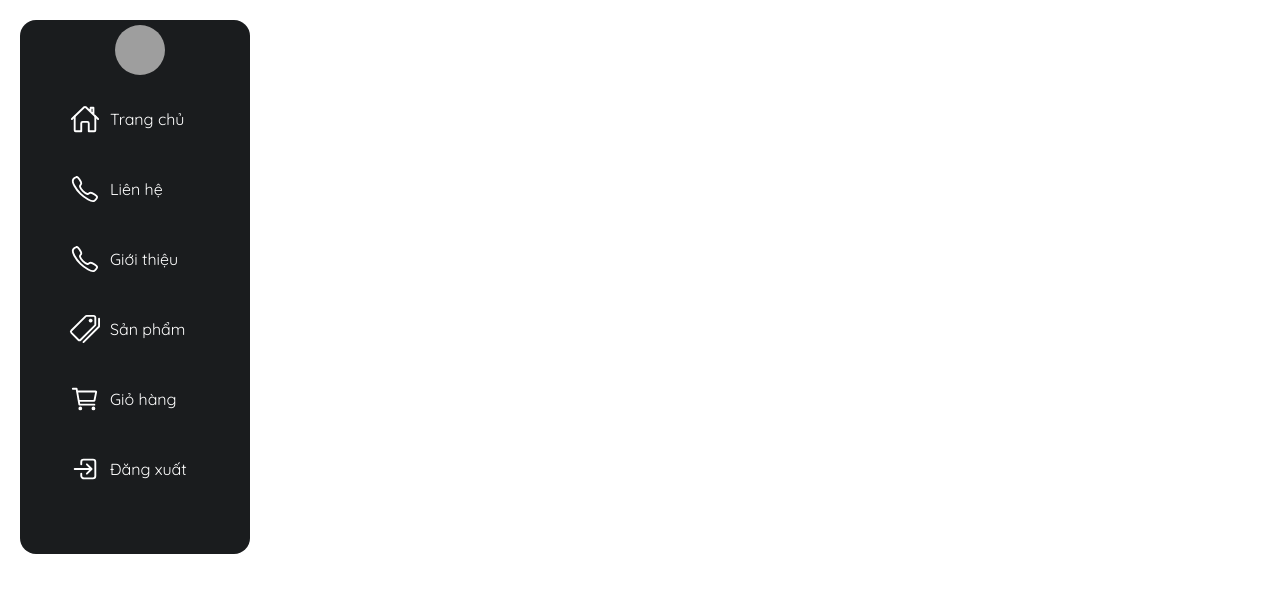
Repository: Fuocmanh/demo
Page: site/nav.html
An editor plug-in stored every save of this project. The page is shown before and after the next save, followed by the edit.
The browser window is 1280 px wide. The pictures show the whole page.
Pictures or frames that could not be fetched are drawn as grey boxes.

Above is the page before, as saved 2022-12-30 12:26:48.

After the next save:
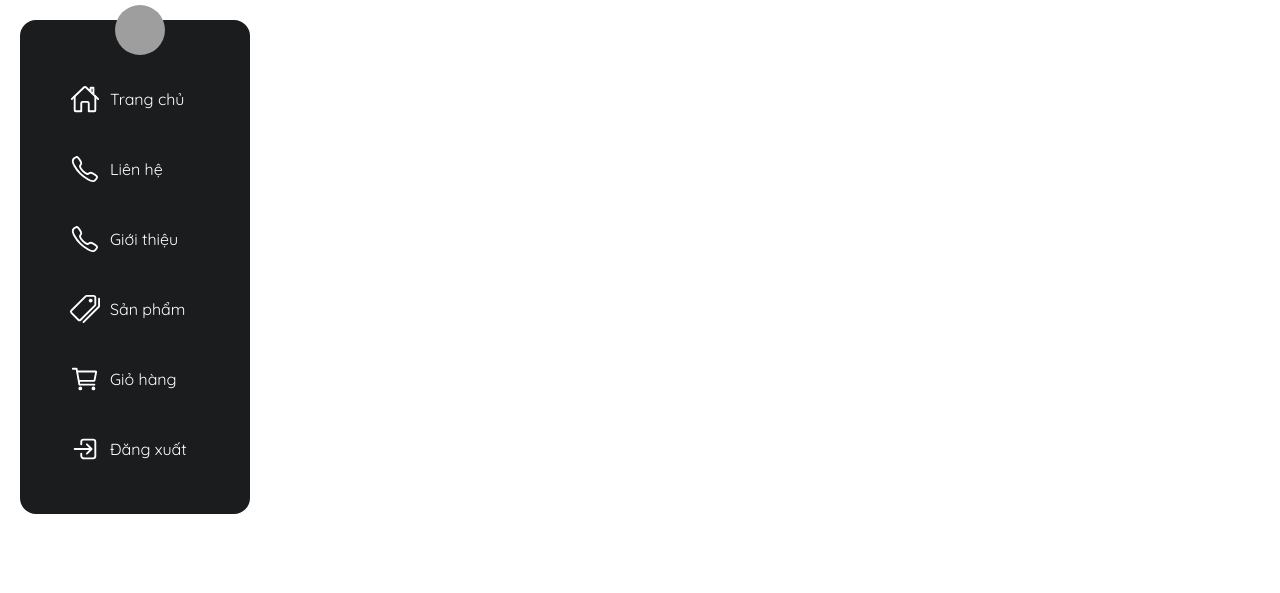
Saved 5 s later.
--- a/css/style.css
+++ b/css/style.css
@@ -20,7 +20,7 @@
     background-color: #1A1C1E;
     width: max-content;
     height: 100%;
-    padding: 30px 15px;
+    padding: 10px 15px;
     border-radius: 16px;
 }
 

After the save that followed:
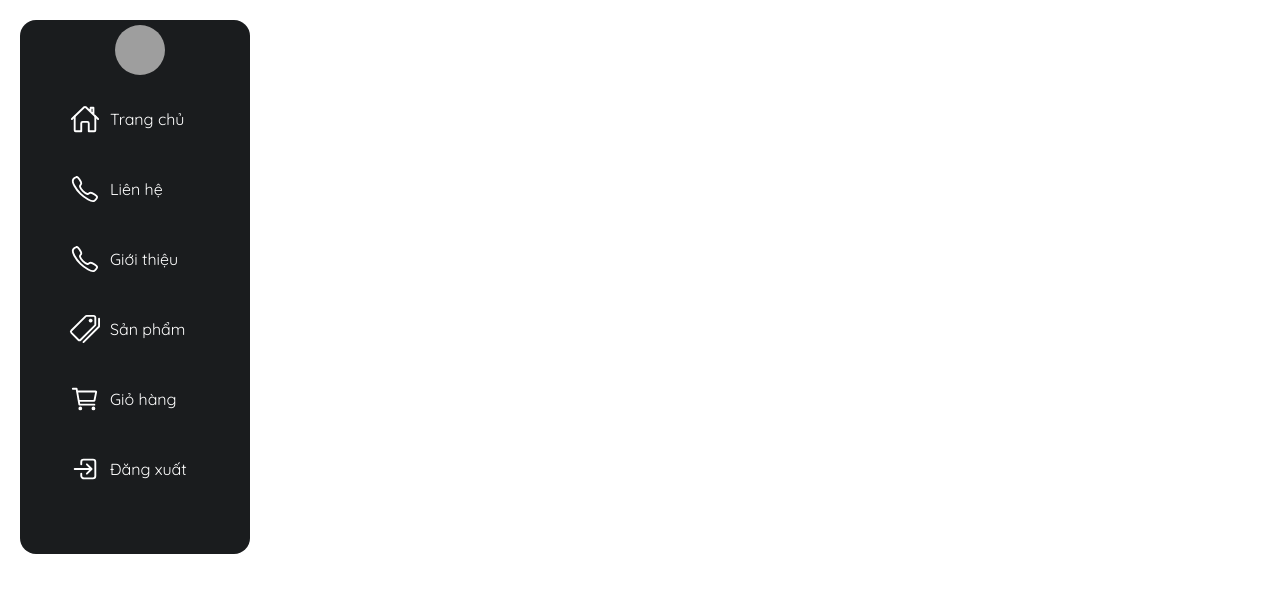
Saved 5 s later.
--- a/css/style.css
+++ b/css/style.css
@@ -20,7 +20,7 @@
     background-color: #1A1C1E;
     width: max-content;
     height: 100%;
-    padding: 10px 15px;
+    padding: 30px 15px;
     border-radius: 16px;
 }
 
